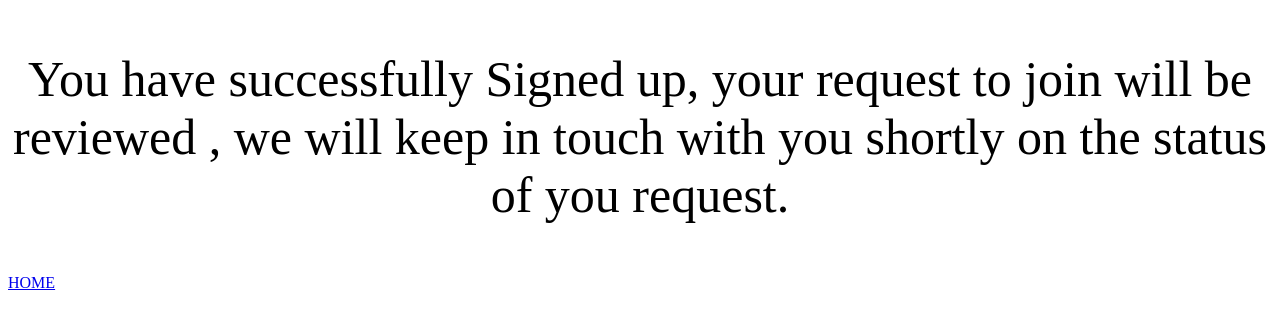
Repository: lorna-k/Workspace
Page: Alumni/Alumni-2/WebContent/signedup.html
The author's editor kept a copy of each file at every save. The page is drawn from the files as they stood at one save, then again after the next save.
The browser window is 1280 px wide. The pictures show the whole page.
Some web fonts or font styles are not loaded; a fallback is used.

Above is the page before, as saved 2016-09-15 08:30:48.

After the next save:
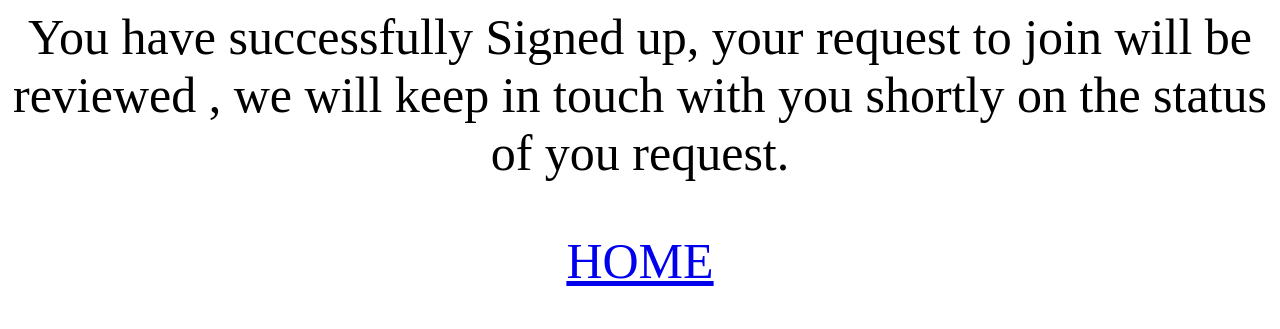
Saved 38 s later.
--- a/Alumni/Alumni-2/WebContent/signedup.html
+++ b/Alumni/Alumni-2/WebContent/signedup.html
@@ -5,14 +5,14 @@
 <title>Insert title here</title>
 </head>
 <body>
-	<p  style="font-size:50px; font-family:Arial Black" align="center">
+	<div  style="font-size:50px; font-family:Arial Black" align="center">
 
 		You have successfully Signed up,
 		your request to join will be reviewed
 		, we will keep in touch with you shortly on the status
 		of you request.
 
-		<p><a href="imdex.html" >HOME</a></p>
-	</p>
+		<p><a href="imdex.html">HOME</a></p>
+	</div>
 </body>
 </html>
